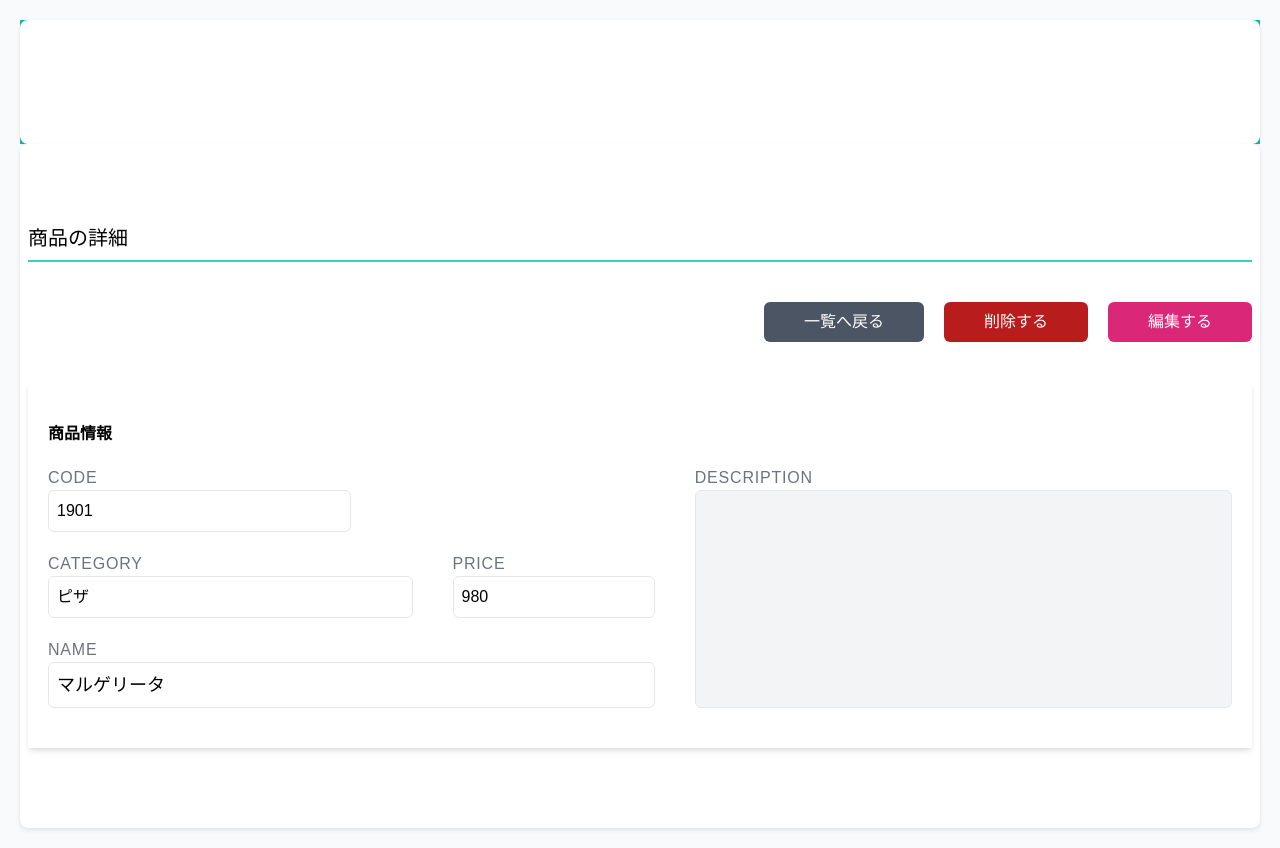
Repository: ShunKUN1182/STD_PHP
Page: http://localhost/kadai07_1.php?product_code=1901
The author's editor kept a copy of each file at every save. The page is drawn from the files as they stood at one save, then again after a run of saves.
The browser window is 1280 px wide. The pictures show the whole page.
Some web libraries are served in a nearby version. The page is run by PHP 8.4 with error messages shown; the project is at /var/www/html/. The database holds what the project's SQL file puts in it.

Above is the page before, as saved 2026-07-10 14:04:44.

### kadai07_1.php
<?php
require_once __DIR__ . "/config.php";
$productCode = filter_input(INPUT_GET,"product_code");
if (!$productCode) {
  header("Location: kadai06_1.php");
}
$db = new PDO(DB_DSN,DB_USER,DB_PASS);
$products_table = TB_PRODUCTS;
$sql = "SELECT * FROM $products_table WHERE code = $productCode";
$stmt = $db-> prepare($sql);
$stmt->execute();
$productResult = $stmt->fetch(PDO::FETCH_ASSOC);

$categoryCode = $productResult["category_id"];

$category_table = TB_CATEGORIES;
$sql = "SELECT * FROM $category_table WHERE id = $categoryCode";
$stmt = $db-> prepare($sql);
$stmt->execute();
$categoryResult = $stmt->fetch(PDO::FETCH_ASSOC);


?>
<!DOCTYPE html>
<html lang="ja">
<head>
  <meta charset="UTF-8">
  <meta name="viewport" content="width=device-width, initial-scale=1.0">

  <!-- link -->
  <link href="asset/styles/style.css" rel="stylesheet">

  <!-- script -->
  <script src="https://cdn.tailwindcss.com"></script>
  <title>php1 - kadai07_1</title>
</head>
<body class="bg-slate-50">
<div class="wrapper box-border">

<header class="bg-teal-500">
  <div class="container mx-auto px-2 py-5">
    <h1 class="text-l text-white mb-6"><a href="#">サーバーサイドスクリプト演習１</a></h1>
    <h2 class="text-3xl text-white">データベース処理</h2>
  </div><!--/.container-->
</header>

<main>
  <div class="container w-full h-full mx-auto px-2 py-20">

    <h3 class="text-xl border-b-2 border-teal-400 pb-2 mb-10">商品の詳細</h3>

    <div class="flex flex-col sm:flex-row justify-end mb-10">
      <a href="kadai06_1.php" class="text-white text-center leading-10 bg-gray-600 px-10 hover:bg-gray-500 rounded-md">一覧へ戻る</a>
      <a href="#" class="text-white text-center leading-10 bg-red-700 px-10 px-10 mx-5 hover:bg-red-600 rounded-md">削除する</a>
      <!--kadai10_1-->
      <!--
        <form action="" method="" class="w-full sm:w-fit">
        <input type="hidden" name="_method" value="DELETE">
        <input type="hidden" name="product_no" value="">
        <button type="submit" class="w-full sm:w-fit text-white text-center leading-10 bg-red-700 px-10 px-10 mx-0 sm:mx-5 my-2 sm:my-0 hover:bg-red-600 rounded-md">削除する</button>
      </form>
      -->
      <!--/kadai09_1-->
      <a href="#" class="text-white text-center leading-10 bg-pink-600 px-10 hover:bg-pink-500 rounded-md">編集する</a>
    </div>


    <div class="product-wrap px-5 py-10 shadow-md">
      <h4 class="font-bold mb-5">商品情報</h4>
      <div class="flex flex-col md:flex-row">
        <div class="flex-grow mr-0 md:mr-10 mb-5 md:mb-0">
          <div class="mb-5">
            <div class="w-6/12">
              <p class="text-gray-500 text-left uppercase tracking-wider">code</p>
              <p class="px-2 py-2 border rounded-md"><?= $productResult["code"] ?></p>
            </div>
          </div>

          <div class="flex justify-between mb-5">
            <div class="flex-grow mr-10">
              <p class="text-gray-500 text-left uppercase tracking-wider">category</p>
              <p class="bg-white px-2 py-2 border  rounded-md"><?= $categoryResult["name"] ?></p>
            </div>
            <div class="w-4/12">
              <p class="text-gray-500 text-left uppercase tracking-wider">price</p>
              <p class="bg-white px-2 py-2 border  rounded-md"><?= $productResult["price"] ?></p>
            </div>
          </div>

          <div>
            <p class="text-gray-500 text-left uppercase tracking-wider">name</p>
            <p class="bg-white text-lg px-2 py-2 border  rounded-md"><?= $productResult["name"] ?></p>
          </div>
        </div>

        <div class="flex flex-col items-stretch flex-grow">
          <p class="text-gray-500 text-left uppercase tracking-wider">description</p>
          <p class="flex-grow h-32 md:h-max text-lg px-2 bg-gray-100 py-2 border rounded-md"></p>
        </div>
      </div>

    </div><!--/.product-wrap-->

      <!-- エラーメッセージ -->
      <!-- <p class="text-xl">エラーメッセーの表示</p> -->


  </div><!--/.container-->
</main>

</div><!--/.wrapper-->
</body>
</html>

### config.php
<?php
// 定数などのサイトの設定を定義する

const SITE_NAME = "サーバーサイド1";

define("DOC_ROOT" , __DIR__);

const WEB_ROOT = "https://10.202.10.3/ecc/sfukusima/php1/";

//DB関連
const DB_DRIVER = "mysql";
const DB_HOST = "localhost";
const DB_NAME = "sfukusima";
const DB_USER = "sfukusima";
const DB_PASS = "eccMyAdmin";
const DB_CHAR = "utf8mb4";
const DB_DSN = DB_DRIVER.":host=".DB_HOST.";dbname=".DB_NAME.";charset=".DB_CHAR;

//テーブル関係
const TB_ZIP = "php1_zip";
const TB_PRODUCTS = "php1_products";
const TB_CATEGORIES = "php1_categories";
?>

### css/style.css
* {
    box-sizing: border-box;
}

body {
    background: #f4f4f4;
    font-family: sans-serif;
    padding: 20px;
}

.container {
    background: #fff;
    border-radius: 8px;
    box-shadow: 0 2px 4px rgba(0, 0, 0, 0.1);
    margin: 0 auto;
    max-width: 800px;
    padding: 20px;
}

.product-grid {
    display: flex;
    gap: 20px;
    margin-bottom: 30px;
}

.product {
    border-radius: 4px;
    border: 1px solid #ddd;
    flex: 1;
    padding: 15px;
    text-align: center;
}

.product h3 {
    margin: 0 0 10px;
}

button {
    background: #28a745;
    border-radius: 4px;
    border: none;
    color: white;
    cursor: pointer;
    padding: 8px 16px;
}

.cart-table {
    border-collapse: collapse;
    margin-bottom: 20px;
    width: 100%;
}

colgroup col:nth-of-type(1) {
    width: 300px;
}

.cart-table th,
.cart-table td {
    border: 1px solid #eee;
    padding: 10px;
    text-align: left;
}

.cart-table th {
    background: #fafafa;
}

tfoot th {
    text-align: right;
}

.btn-clear {
    background: #dc3545;
}

### database/Categories.sql (the tables this page reads)
CREATE TABLE  php1_categories(
    `id`   INT UNSIGNED AUTO_INCREMENT PRIMARY KEY,    
    `name` VARCHAR(64)  NOT NULL                       
);

INSERT INTO php1_categories( `name` ) VALUES 
    ( 'ピザ' ),
    ( 'ドリンク' ),
    ( 'デザート' );

### database/Products.sql (the tables this page reads)
CREATE TABLE  php1_products(
    `code`        VARCHAR(4)    PRIMARY KEY,    
    `name`        VARCHAR(64)   NOT NULL,       
    `price`       INT UNSIGNED,                 
    `category_id` INT UNSIGNED  NOT NULL        
);

INSERT INTO php1_products( `code`, `name`, `price`, `category_id` ) VALUES 
    ( "1901", "マルゲリータ", 980, 1 ),
    ( "1902", "アメリカン", 720, 1 ),
    ( "1903", "ジェノベーゼ", 1340, 1 ),
    ( "2901", "コーラ", 200, 2 ),
    ( "2902", "スプライト", 200, 2 ),
    ( "2903", "スーパードライ", 300, 2 ),
    ( "3901", "バニラシェイク", 590, 3 ),
    ( "3902", "ストロベリーシェイク", 590, 3 ),
    ( "3903", "プチパンケーキ", 460, 3 );

After the next 2 saves:
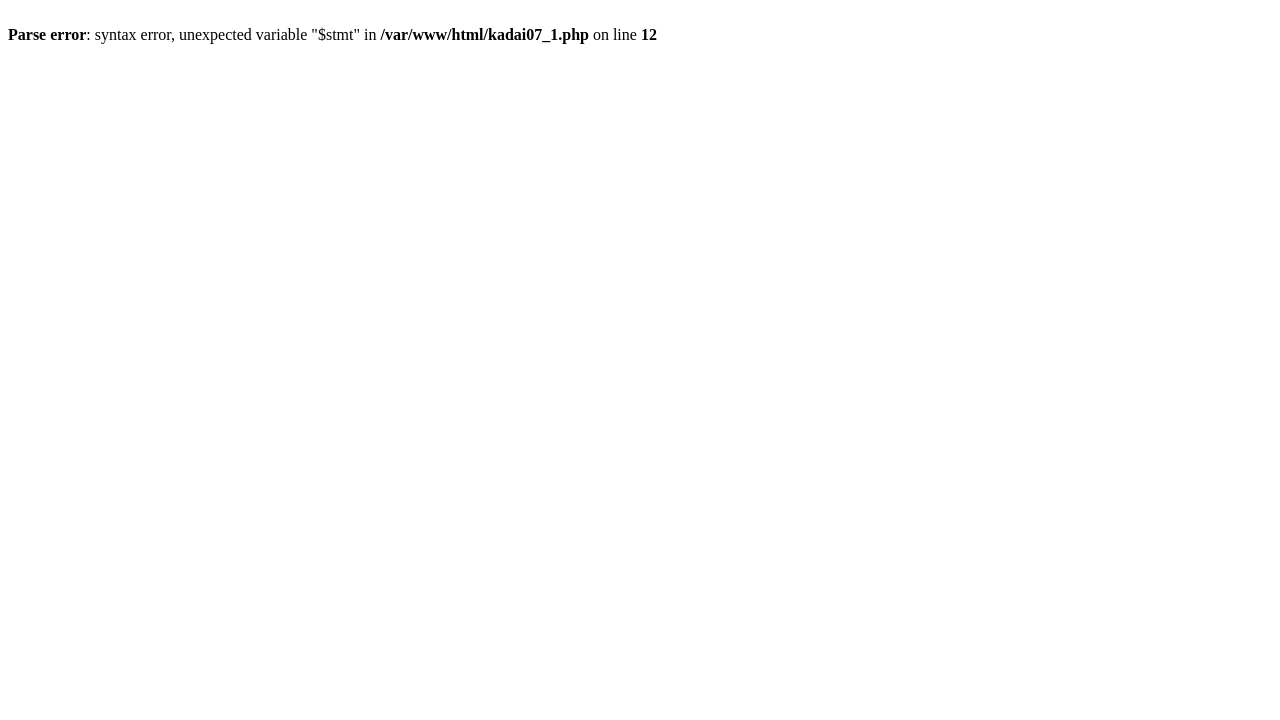
The 2 saves are shown as one change because they came seconds apart.
The last was saved 53 s later.
--- a/kadai07_1.php
+++ b/kadai07_1.php
@@ -8,6 +8,7 @@
 $products_table = TB_PRODUCTS;
 $sql = "SELECT * FROM $products_table WHERE code = $productCode";
 $stmt = $db-> prepare($sql);
+var_dump()
 $stmt->execute();
 $productResult = $stmt->fetch(PDO::FETCH_ASSOC);
 

After the 2 saves that followed:
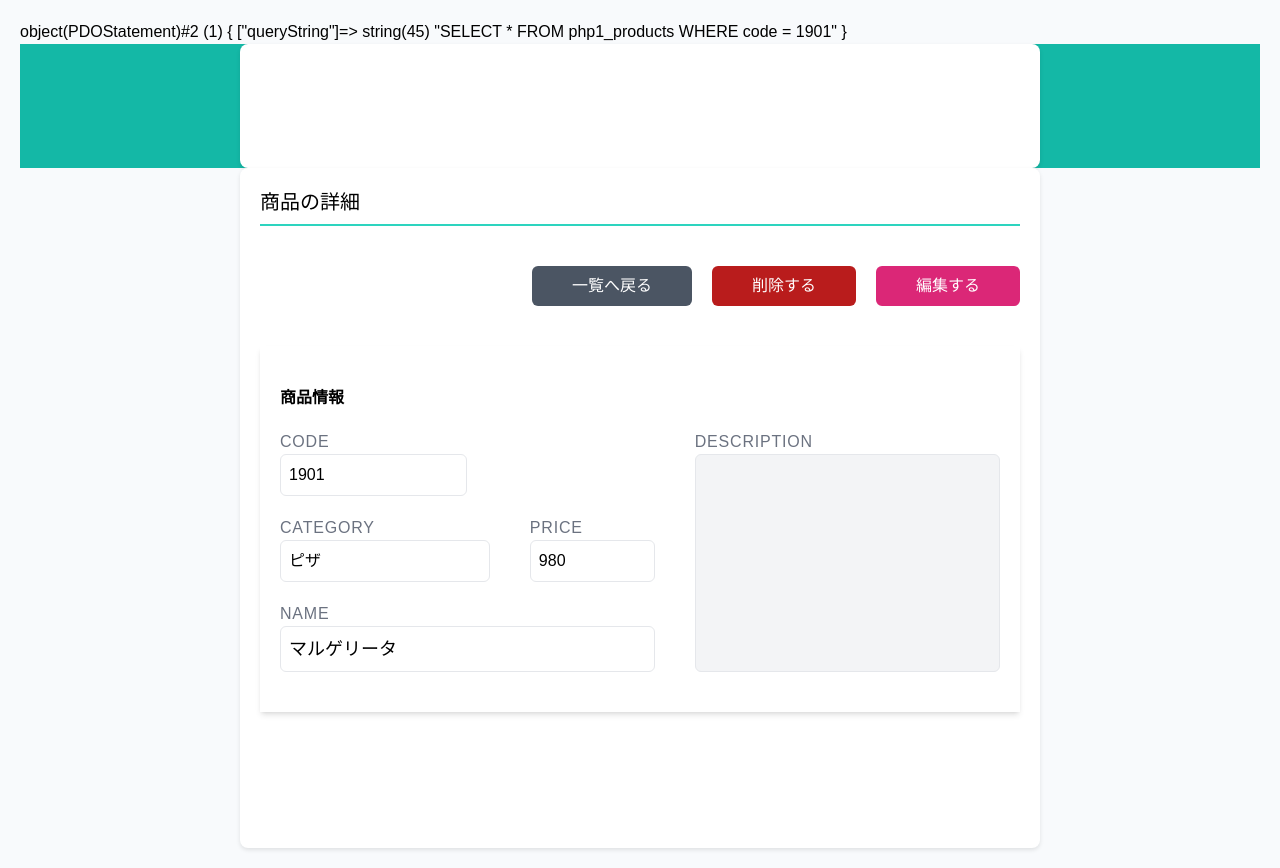
The 2 saves are shown as one change because they came seconds apart.
The last was saved 8 s later.
--- a/kadai07_1.php
+++ b/kadai07_1.php
@@ -8,7 +8,7 @@
 $products_table = TB_PRODUCTS;
 $sql = "SELECT * FROM $products_table WHERE code = $productCode";
 $stmt = $db-> prepare($sql);
-var_dump()
+var_dump($stmt);
 $stmt->execute();
 $productResult = $stmt->fetch(PDO::FETCH_ASSOC);
 
